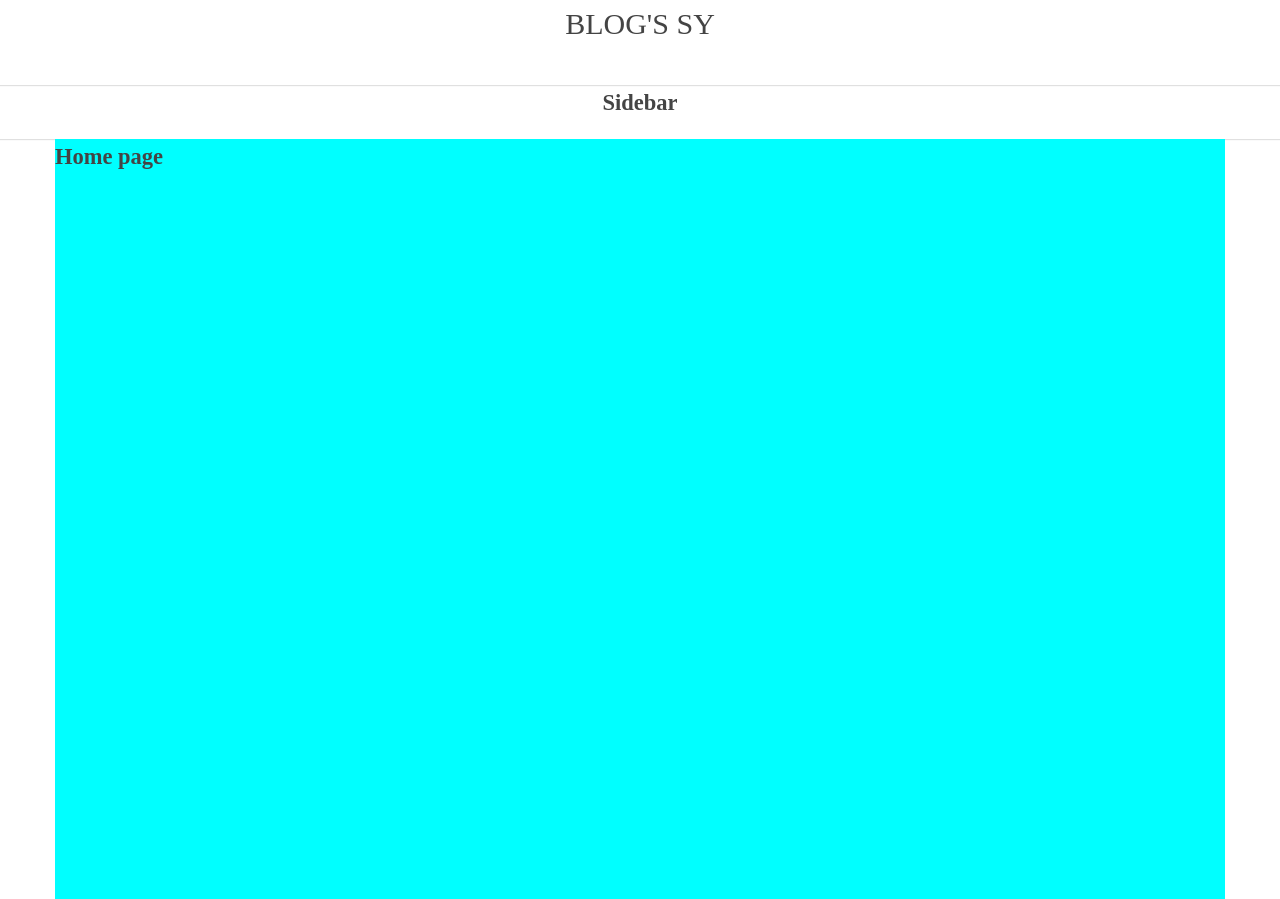
Repository: SyLe-Van/Make-Colorful
Page: /
These files come from the project's save history. The page is drawn as it stood at one moment and after the next save; the edit follows.
The browser window is 1280 px wide. The pictures show the whole page.
Some web fonts or font styles are not loaded; a fallback is used. The project was rebuilt for these pictures with package versions that can differ from the ones it lists, and the page was loaded fresh each time. Also part of the build but not shown: src/pages/cinema/index.js, src/pages/fashion/index.js, src/pages/grooming/index.js, src/pages/lifestyle/index.js, src/pages/contact/index.js.

Above is the page before, as saved 2023-10-10 21:15:17.

After the next save:
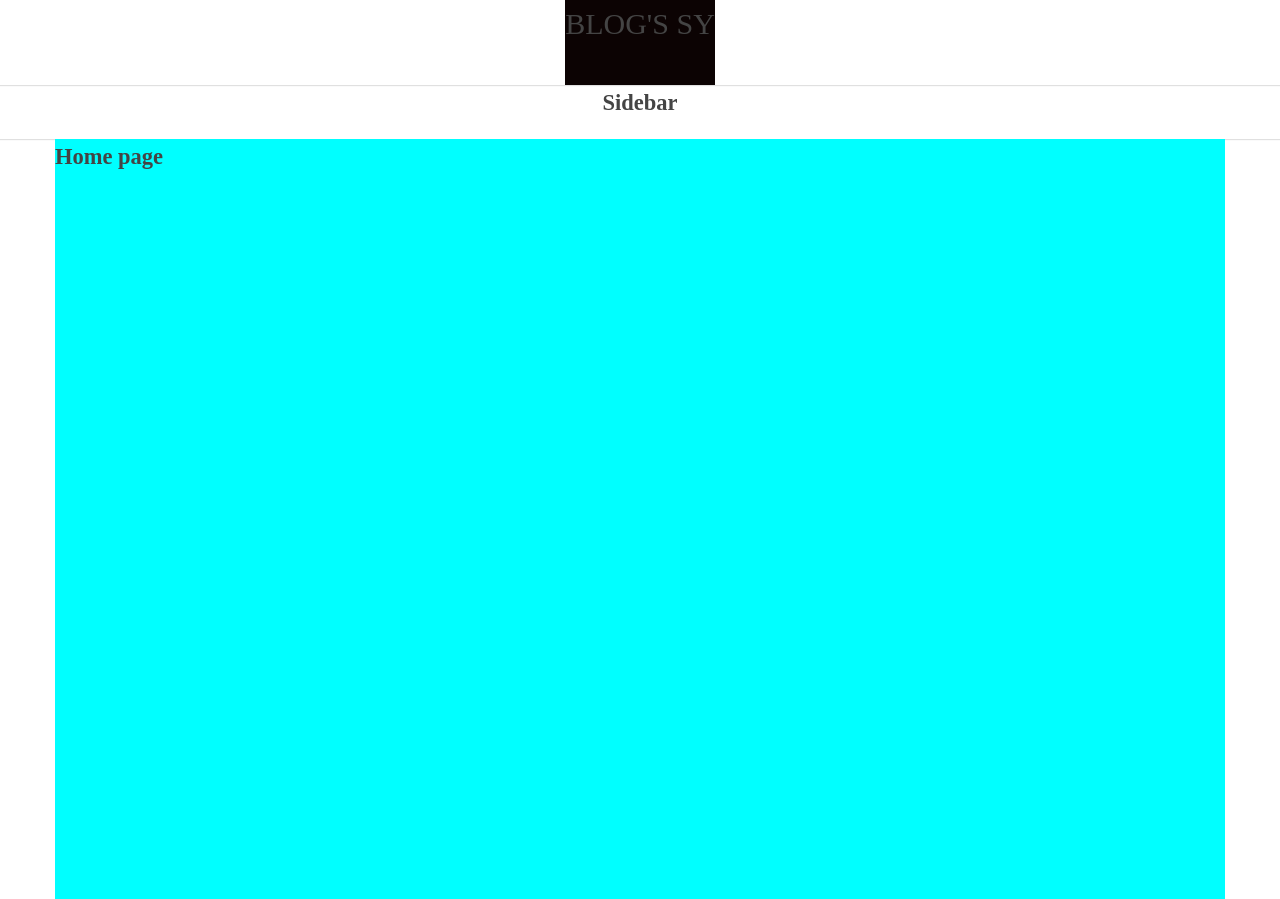
Saved 4 min 26 s later.
--- a/src/components/Layout/DefaultLayout/Header/Header.module.scss
+++ b/src/components/Layout/DefaultLayout/Header/Header.module.scss
@@ -6,7 +6,7 @@
     justify-content: center;
 }
 .inner {
-    background-color: #ffffff;
+    background-color: #0c0303;
     font-size: 30px;
     font-family: 'Playfair Display', serif;
     text-align: center;

After the save that followed:
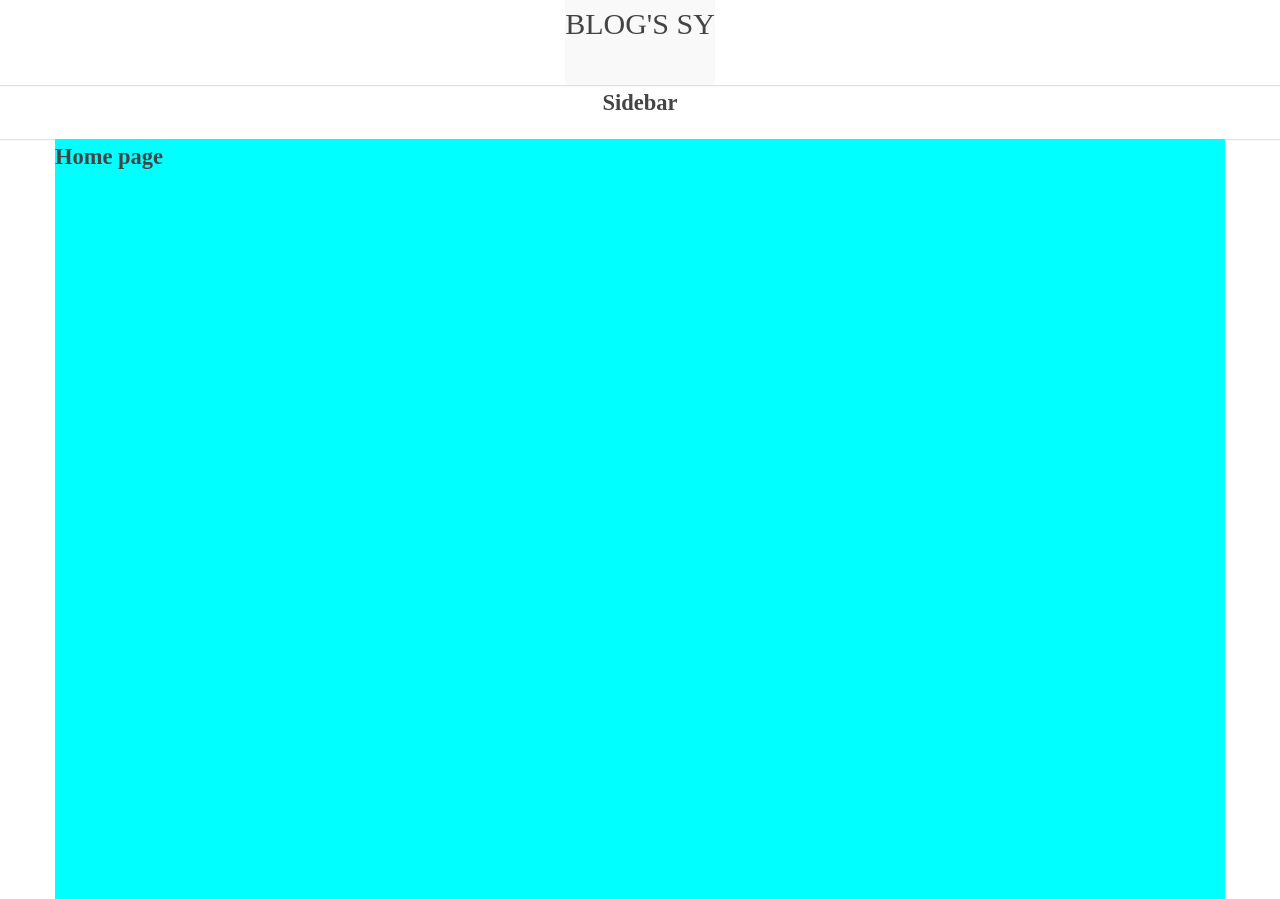
Saved 13 s later.
--- a/src/components/Layout/DefaultLayout/Header/Header.module.scss
+++ b/src/components/Layout/DefaultLayout/Header/Header.module.scss
@@ -6,7 +6,7 @@
     justify-content: center;
 }
 .inner {
-    background-color: #0c0303;
+    background-color: #f9f9f9;
     font-size: 30px;
     font-family: 'Playfair Display', serif;
     text-align: center;
